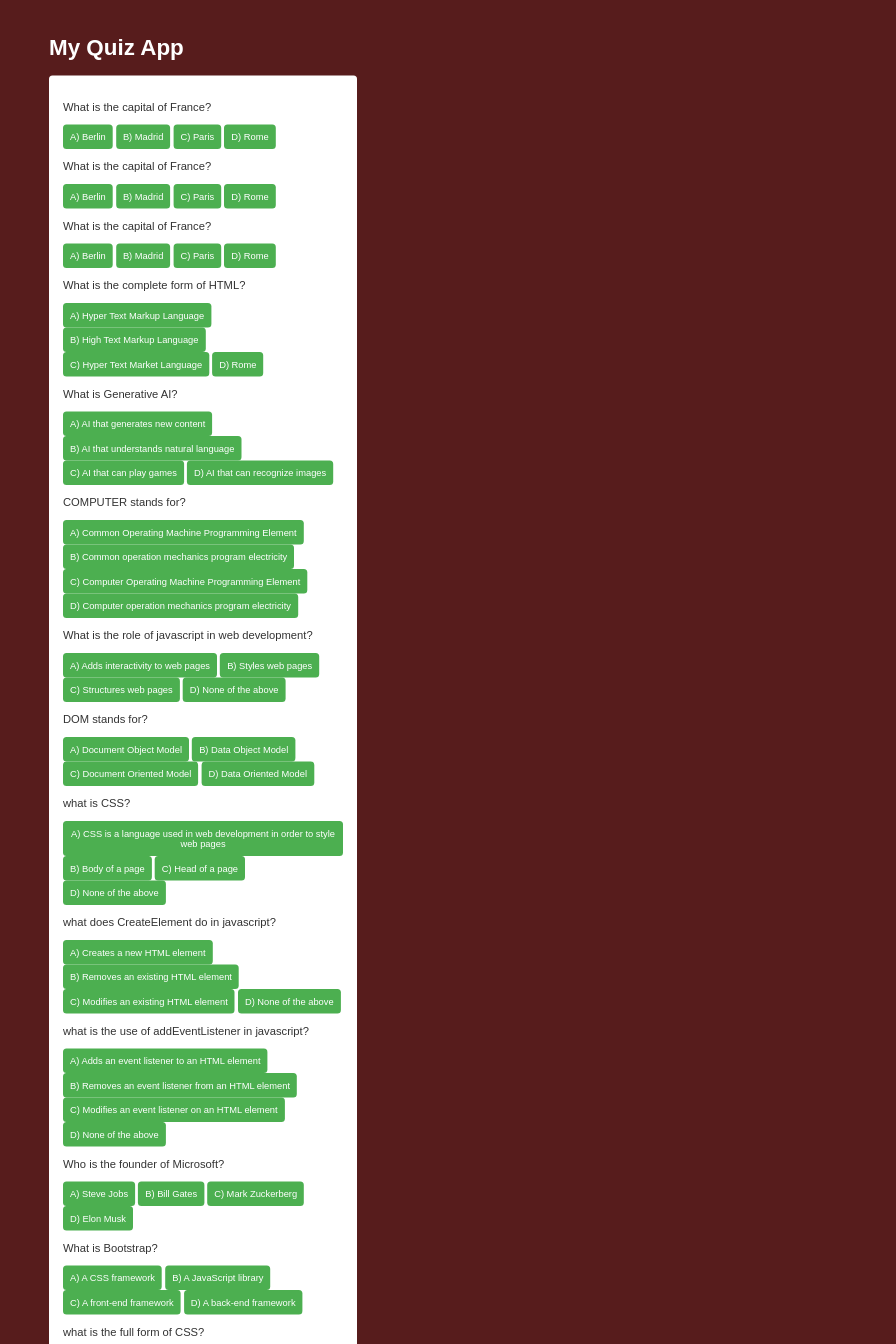
Repository: fatimaqueen9967-eng/SyntacexhubQuizApp
Page: index.html
The author's editor kept a copy of each file at every save. The page is drawn from the files as they stood at one save, then again after a run of saves.
The browser window is 1280 px wide. The pictures show the part of the page from y = 0 to 1920 px (the page is 2066 px tall before and 4211 px after), at 70% of full size.

Above is the page before, as saved 2026-03-15 06:23:57.

### index.html
<!DOCTYPE html>
<html lang="en">
<head>
    <meta charset="UTF-8">
    <meta name="viewport" content="width=device-width, initial-scale=1.0">
    <title>QUIZ APP</title>
    <link rel="stylesheet" href="style.css">
</head>
<body>
    <h1>My Quiz App</h1>
    <div class="box">
        <div class="question">
            <p>What is the capital of France?</p>
        </div>
        <div class="options">
            <button>A) Berlin</button>
            <button>B) Madrid</button>
            <button>C) Paris</button>
            <button>D) Rome</button>
        </div>
        <div class="question">
            <p>What is the capital of France?</p>
        </div>
        <div class="options">
            <button>A) Berlin</button>
            <button>B) Madrid</button>
            <button>C) Paris</button>
            <button>D) Rome</button>
        </div>
        <div class="question">
            <p>What is the capital of France?</p>
        </div>
        <div class="options">
            <button>A) Berlin</button>
            <button>B) Madrid</button>
            <button>C) Paris</button>
            <button>D) Rome</button>
        </div>
        <div class="question">
            <p>What is the complete form of HTML?</p>
        </div>
        <div class="options">
            <button>A) Hyper Text Markup Language</button>
            <button>B) High Text Markup Language</button>
            <button>C) Hyper Text Market Language</button>
            <button>D) Rome</button>
        </div>
        <div class="question">
            <p>What is Generative AI?</p>
        </div>
        <div class="options">
            <button>A) AI that generates new content</button>
            <button>B) AI that understands natural language</button>
            <button>C) AI that can play games</button>
            <button>D) AI that can recognize images</button>
        </div>
        <div class="question">
            <p>COMPUTER stands for?</p>
        </div>
        <div class="options">
            <button>A) Common Operating Machine Programming Element</button>
            <button>B) Common operation mechanics program electricity</button>
            <button>C) Computer Operating Machine Programming Element</button>
            <button>D) Computer operation mechanics program electricity</button>
        </div>
        <div class="question">
        <p>What is the role of javascript in web development?</p>
    </div>
    <div class="options">
        <button>A) Adds interactivity to web pages</button>
        <button>B) Styles web pages</button>
        <button>C) Structures web pages</button>
        <button>D) None of the above</button>
    </div>
        <div class="question">
        <p>DOM stands for?</p>
    </div>
    <div class="options">
        <button>A) Document Object Model</button>
        <button>B) Data Object Model</button>
        <button>C) Document Oriented Model</button>
        <button>D) Data Oriented Model</button>
    </div>
        <div class="question">
        <p>what is CSS?</p>
    </div>
    <div class="options">
        <button>A) CSS is a language used in web development in order to style web pages</button>
        <button>B) Body of a page</button>
        <button>C) Head of a page</button>
        <button>D) None of the above</button>
    </div>
        <div class="question">
        <p>what does CreateElement do in javascript?</p>
    </div>
    <div class="options">
        <button>A) Creates a new HTML element</button>
        <button>B) Removes an existing HTML element</button>
        <button>C) Modifies an existing HTML element</button>
        <button>D) None of the above</button>
    </div>
        <div class="question">
        <p>what is the use of addEventListener in javascript?</p>
    </div>
    <div class="options">
        <button>A) Adds an event listener to an HTML element</button>
        <button>B) Removes an event listener from an HTML element</button>
        <button>C) Modifies an event listener on an HTML element</button>
        <button>D) None of the above</button>
    </div>

        <div class="question">
        <p>Who is the founder of Microsoft?</p>
    </div>
    <div class="options">
        <button>A) Steve Jobs</button>
        <button>B) Bill Gates</button>
        <button>C) Mark Zuckerberg</button>
        <button>D) Elon Musk</button>
    </div>
        <div class="question">
        <p>What is Bootstrap?</p>
    </div>
    <div class="options">
        <button>A) A CSS framework</button>
        <button>B) A JavaScript library</button>
        <button>C) A front-end framework</button>
        <button>D) A back-end framework</button>
    </div>
        <div class="question">
        <p>what is the full form of CSS?</p>
    </div>
    <div class="options">
        <button>A) Cascading Style Sheets</button>
        <button>B) Computer Style Sheets</button>
        <button>C) Creative Style Sheets</button>
        <button>D) Colorful Style Sheets</button>
    </div>
    </div>


</body>
</html>

### style.css
body{
    background-color: #571c1c;
    font-family: Arial, sans-serif;
    margin-left: 50px;
    padding: 20px;
    color: #fff;
    justify-content: center;
    align-items: center;
}
h1 {
    align-items: center;
    /* color: #333; */
}
.box{
    /* height: 700px; */
    /* display: flex; */

    background-color: #fff;
    color: #333;
    padding: 20px;
    border-radius: 5px;
    margin-bottom: 20px;
    width: 400px;
    overflow-wrap: anywhere;
}
button {
    background-color: #4CAF50;
    color: white;
    padding: 10px;
    border: none;
    border-radius: 5px;
    cursor: pointer;
}

After the next 2 saves:
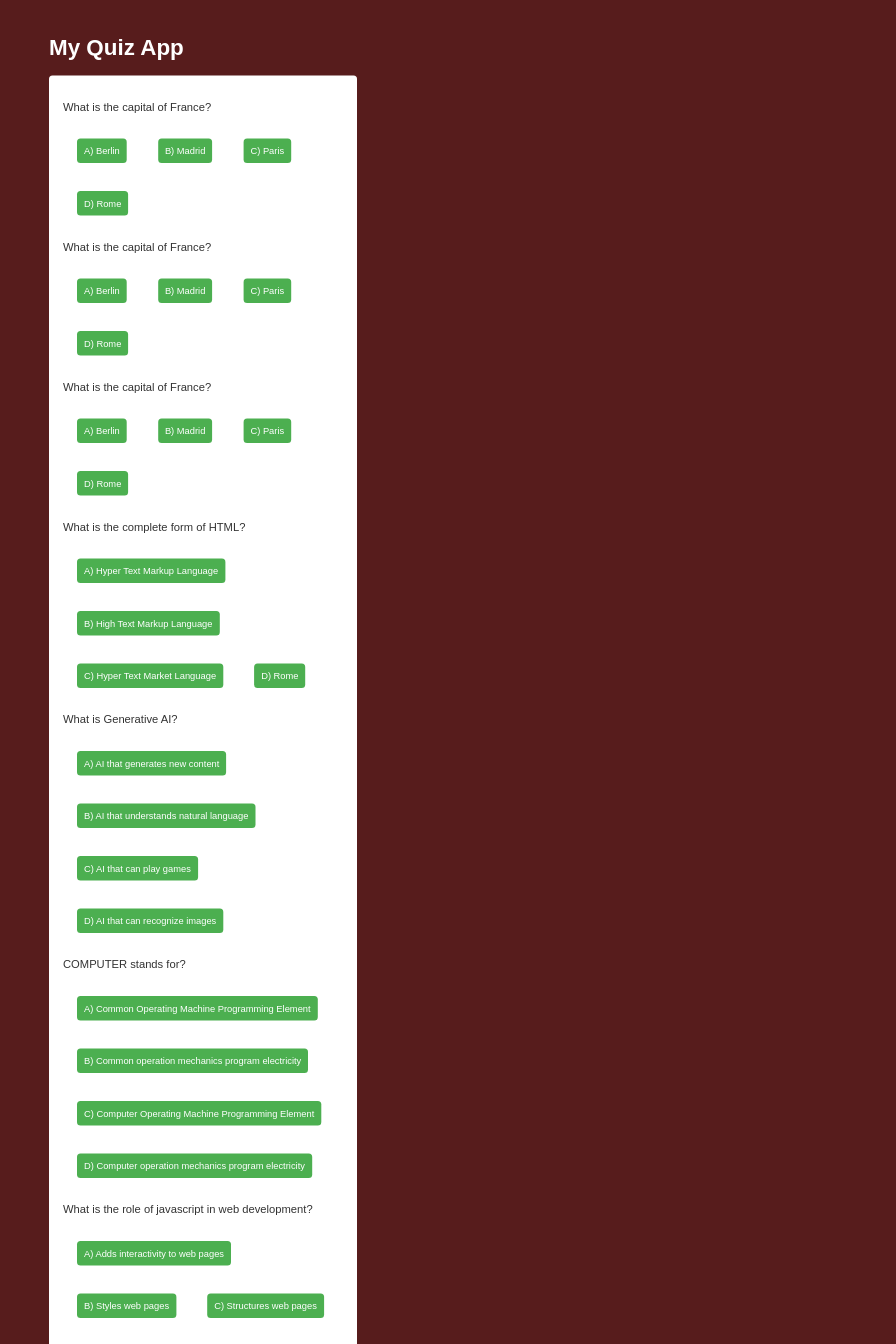
The 2 saves are shown as one change because they came seconds apart.
The last was saved 11 s later.
--- a/style.css
+++ b/style.css
@@ -27,6 +27,7 @@ button {
     background-color: #4CAF50;
     color: white;
     padding: 10px;
+    margin: 20px;
     border: none;
     border-radius: 5px;
     cursor: pointer;
